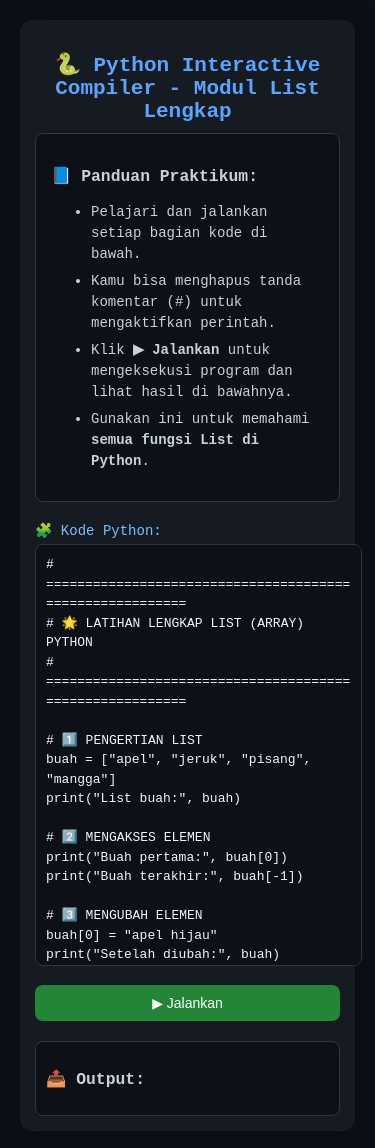
Repository: smkmutipugademak/Array
Page: index.html
The author's editor kept a copy of each file at every save. The page is drawn from the files as they stood at one save, then again after the next save.
The browser window is 375 px wide. The pictures show the whole page.
An inner scrolling area shows only its first screen.

Above is the page before, as saved 2025-11-11 04:46:38.

### index.html
<!DOCTYPE html>
<html lang="id">

<head>
    <meta charset="UTF-8" />
    <meta name="viewport" content="width=device-width, initial-scale=1.0" />
    <title>Python Interactive Compiler - Modul List Lengkap</title>
    <link rel="stylesheet" href="style.css" />
</head>

<body>
    <div class="container">
        <h2>🐍 Python Interactive Compiler - Modul List Lengkap</h2>

        <div class="instructions">
            <h3>📘 Panduan Praktikum:</h3>
            <ul>
                <li>Pelajari dan jalankan setiap bagian kode di bawah.</li>
                <li>Kamu bisa menghapus tanda komentar (<code>#</code>) untuk mengaktifkan perintah.</li>
                <li>Klik <b>▶ Jalankan</b> untuk mengeksekusi program dan lihat hasil di bawahnya.</li>
                <li>Gunakan ini untuk memahami <b>semua fungsi List di Python</b>.</li>
            </ul>
        </div>

        <div class="editor-container">
            <label for="editor">🧩 Kode Python:</label>
            <textarea id="editor" spellcheck="false">
# =========================================================
# 🌟 LATIHAN LENGKAP LIST (ARRAY) PYTHON
# =========================================================

# 1️⃣ PENGERTIAN LIST
buah = ["apel", "jeruk", "pisang", "mangga"]
print("List buah:", buah)

# 2️⃣ MENGAKSES ELEMEN
print("Buah pertama:", buah[0])
print("Buah terakhir:", buah[-1])

# 3️⃣ MENGUBAH ELEMEN
buah[0] = "apel hijau"
print("Setelah diubah:", buah)

# 4️⃣ MENAMBAH DATA
buah.append("melon")            # menambah 1 elemen di akhir
buah.insert(2, "anggur")        # menyisipkan di indeks ke-2
buah.extend(["nanas", "pepaya"])# menambah beberapa elemen sekaligus
print("Setelah ditambah:", buah)

# 5️⃣ MENGHAPUS DATA
buah.remove("jeruk")     # hapus berdasarkan nilai
hapus = buah.pop()        # hapus elemen terakhir
print("Setelah dihapus:", buah)
print("Yang dihapus:", hapus)

# 6️⃣ MENGHITUNG & MENCARI INDEKS
angka = [2, 4, 5, 5, 10, 4]
print("List angka:", angka)
print("Jumlah angka 5:", angka.count(5))
print("Indeks angka 4:", angka.index(4))

# 7️⃣ OPERASI MATEMATIKA LIST
print("Penjumlahan list:", angka + [20, 30])
print("Duplikasi list:", angka * 2)

# 8️⃣ SLICING (MENGAMBIL BAGIAN LIST)
print("Elemen ke-2 s.d 4:", angka[1:4])
print("Membalik urutan:", angka[::-1])

# 9️⃣ NESTED LIST (LIST DI DALAM LIST)
kelas = [["Ani", 80], ["Budi", 90], ["Citra", 85]]
print("Nilai Budi:", kelas[1][1])

# 🔟 LOOPING DALAM LIST
print("Daftar nilai siswa:")
for nama, nilai in kelas:
    print("-", nama, "=", nilai)

# 11️⃣ LIST COMPREHENSION
kuadrat = [x**2 for x in range(1, 6)]
print("Kuadrat 1-5:", kuadrat)

# 12️⃣ SORTING & REVERSING
angka2 = [9, 3, 6, 1, 7]
angka2.sort()     # urut naik
print("Urut naik:", angka2)
angka2.reverse()  # urut turun
print("Urut turun:", angka2)

# 13️⃣ COPY LIST
angka_copy = angka2.copy()
angka_copy.append(100)
print("Asli:", angka2)
print("Salinan:", angka_copy)

# 14️⃣ CLEAR LIST
angka_copy.clear()
print("List setelah clear:", angka_copy)

# 15️⃣ LOOPING DENGAN RANGE DAN ENUMERATE
warna = ["merah", "hijau", "biru"]
for i, w in enumerate(warna):
    print(f"Indeks {i} = {w}")

# 16️⃣ LIST DARI STRING DAN SPLIT/JOIN
kalimat = "belajar python sangat menyenangkan"
kata = kalimat.split()  # ubah string → list
print("List kata:", kata)
gabung = " ".join(kata) # ubah list → string
print("Kalimat kembali:", gabung)

# 17️⃣ NESTED LOOP UNTUK LIST 2D
matrix = [[1,2,3],[4,5,6],[7,8,9]]
print("Isi matrix:")
for baris in matrix:
    for elemen in baris:
        print(elemen, end=" ")
    print()

# 18️⃣ MENGGUNAKAN IN & NOT IN
print("Apakah 4 ada di angka?", 4 in angka)
print("Apakah 11 tidak ada di angka?", 11 not in angka)

# ✅ KESIMPULAN
print("\n✅ Semua fungsi list sudah dipelajari lengkap!")
      </textarea>
        </div>

        <button id="runBtn">▶ Jalankan</button>

        <div class="output-container">
            <h3>📤 Output:</h3>
            <pre id="output"></pre>
        </div>
    </div>

    <script src="https://cdn.jsdelivr.net/npm/skulpt@1.2.0/dist/skulpt.min.js"></script>
    <script src="https://cdn.jsdelivr.net/npm/skulpt@1.2.0/dist/skulpt-stdlib.js"></script>
    <script src="script.js"></script>
</body>

</html>

### style.css
body {
    background-color: #0d1117;
    color: #c9d1d9;
    font-family: "Fira Code", monospace;
    font-size: 14px;
    display: flex;
    justify-content: center;
    align-items: center;
    min-height: 100vh;
    margin: 0;
    padding: 20px;
}

.container {
    background-color: #161b22;
    padding: 20px;
    border-radius: 12px;
    width: 90%;
    max-width: 900px;
    box-shadow: 0 0 25px rgba(0, 0, 0, 0.5);
}

h2 {
    text-align: center;
    color: #58a6ff;
    margin-bottom: 10px;
}

.instructions {
    background-color: #0d1117;
    border: 1px solid #30363d;
    border-radius: 8px;
    padding: 15px;
    margin-bottom: 20px;
    font-size: 14px;
}

.instructions ol {
    margin: 0;
    padding-left: 20px;
}

.instructions li {
    margin-bottom: 6px;
    line-height: 1.5;
}

.editor-container label {
    display: block;
    margin-bottom: 5px;
    color: #79c0ff;
    font-size: 14px;
}

textarea {
    width: 100%;
    height: 520px;
    background-color: #0d1117;
    color: #f0f6fc;
    border: 1px solid #30363d;
    border-radius: 8px;
    padding: 10px;
    font-size: 14px;
    resize: none;
    line-height: 1.5;
}

button {
    display: block;
    margin: 15px auto 0;
    padding: 10px 25px;
    border: none;
    background-color: #238636;
    color: white;
    border-radius: 8px;
    cursor: pointer;
    font-size: 14px;
    transition: background 0.3s;
}

button:hover {
    background-color: #2ea043;
}

.output-container {
    margin-top: 20px;
    background-color: #0d1117;
    border: 1px solid #30363d;
    border-radius: 8px;
    padding: 10px;
}

pre {
    color: #f0f6fc;
    font-size: 14px;
    white-space: pre-wrap;
}

/* Responsif */
@media (max-width: 600px) {
    .container {
        width: 100%;
        padding: 15px;
    }

    textarea {
        height: 400px;
        font-size: 13px;
    }

    button {
        width: 100%;
    }
}

### script.js
function outf(text) {
    const outputArea = document.getElementById("output");
    outputArea.innerHTML += text + "\n";
}

function builtinRead(x) {
    if (Sk.builtinFiles === undefined || Sk.builtinFiles["files"][x] === undefined)
        throw "File not found: '" + x + "'";
    return Sk.builtinFiles["files"][x];
}

document.getElementById("runBtn").addEventListener("click", () => {
    const prog = document.getElementById("editor").value;
    const outputArea = document.getElementById("output");
    outputArea.innerHTML = "";

    Sk.configure({ output: outf, read: builtinRead });
    const promise = Sk.misceval.asyncToPromise(() =>
        Sk.importMainWithBody("<stdin>", false, prog, true)
    );

    promise.then(
        () => outf("\n✅ Program selesai tanpa error."),
        (err) => outf("\n❌ Error: " + err.toString())
    );
});

After the next save:
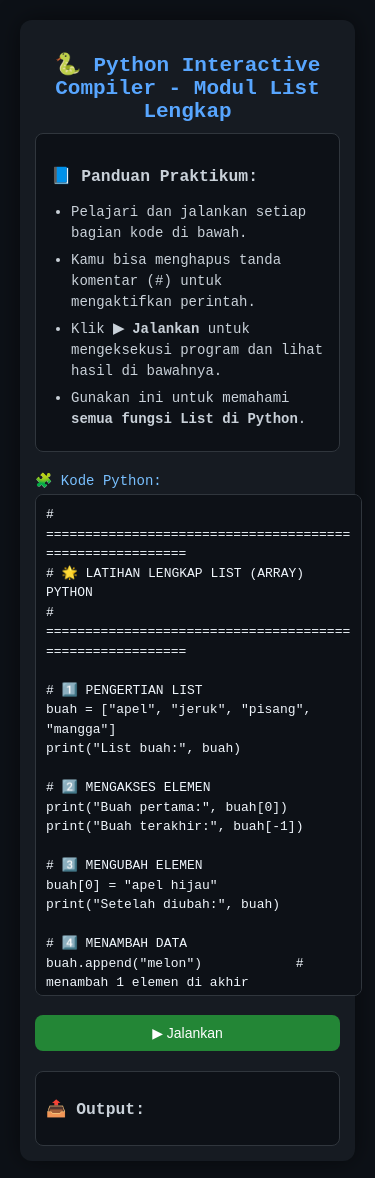
Saved 2 s later.
--- a/style.css
+++ b/style.css
@@ -16,7 +16,7 @@ body {
     padding: 20px;
     border-radius: 12px;
     width: 90%;
-    max-width: 900px;
+    max-width: 950px;
     box-shadow: 0 0 25px rgba(0, 0, 0, 0.5);
 }
 
@@ -32,10 +32,9 @@ h2 {
     border-radius: 8px;
     padding: 15px;
     margin-bottom: 20px;
-    font-size: 14px;
 }
 
-.instructions ol {
+.instructions ul {
     margin: 0;
     padding-left: 20px;
 }
@@ -49,12 +48,11 @@ h2 {
     display: block;
     margin-bottom: 5px;
     color: #79c0ff;
-    font-size: 14px;
 }
 
 textarea {
     width: 100%;
-    height: 520px;
+    height: 650px;
     background-color: #0d1117;
     color: #f0f6fc;
     border: 1px solid #30363d;
@@ -104,7 +102,7 @@ pre {
     }
 
     textarea {
-        height: 400px;
+        height: 480px;
         font-size: 13px;
     }
 
